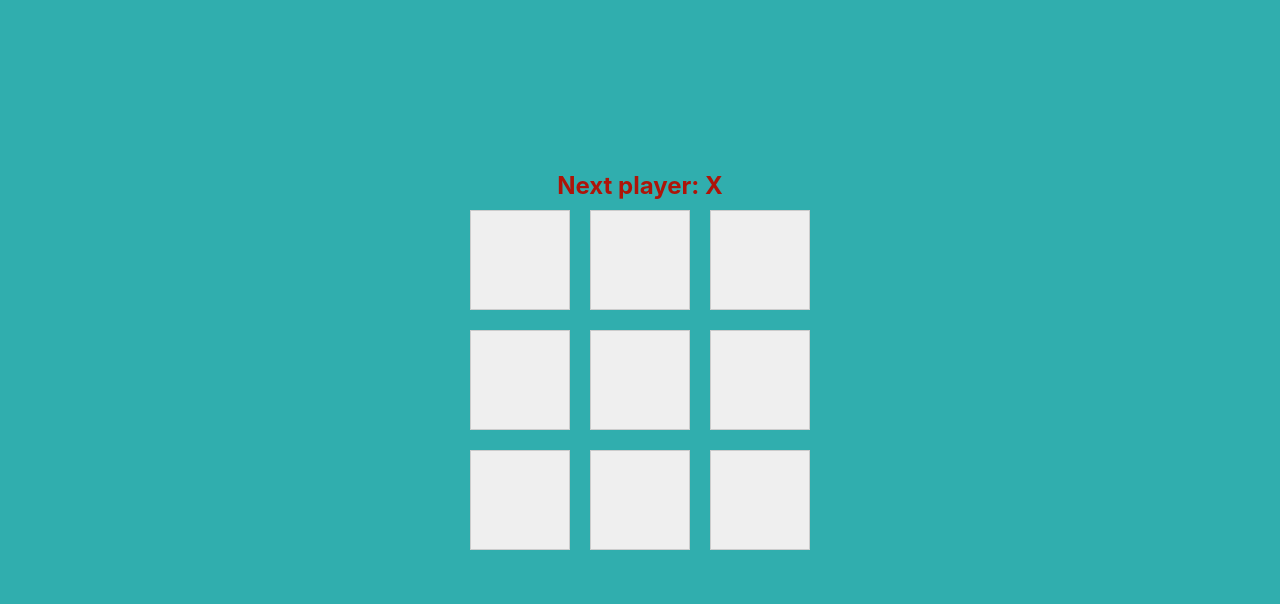
Repository: sedat-akdogan/React_Revision
Page: / (app in tic-tac-toe/)
An editor plug-in stored every save of this project. The page is shown before and after the next save, followed by the edit.
The browser window is 1280 px wide. The pictures show the whole page.
The project was rebuilt for these pictures with package versions that can differ from the ones it lists, and the page was loaded fresh each time.

Above is the page before, as saved 2023-05-13 00:55:07.

### tic-tac-toe/src/index.css
body {
    margin: 0;
    font-family: -apple-system, BlinkMacSystemFont, 'Segoe UI', 'Roboto', 'Oxygen',
        'Ubuntu', 'Cantarell', 'Fira Sans', 'Droid Sans', 'Helvetica Neue',
        sans-serif;
    -webkit-font-smoothing: antialiased;
    -moz-osx-font-smoothing: grayscale;
}

code {
    font-family: source-code-pro, Menlo, Monaco, Consolas, 'Courier New',
        monospace;
}

.main {
    display: flex;
    flex-direction: column;
    align-items: center;
    justify-content: center;
    height: 100vh;
    background-color: rgb(48, 174, 174);
}

.square {
    width: 100px;
    height: 100px;
    font-size: 50px;
    border: 1px solid #ccc;
    display: inline-block;
    justify-content: center;
    align-items: center;
    color: rgb(48, 174, 174);
}

.board-row {
    display: flex;
}

.board-row .square {
    margin: 10px;
}

.board-row:last-child .square {
    margin-bottom: 0;
}

.status {
    color: rgb(174, 20, 9);
    font-size: 24px;
    font-weight: bold;
}

### tic-tac-toe/src/App.js
import { useState } from 'react';


function Square({ value, onSquareClick }) {
    return (
        <button className="square" onClick={onSquareClick}>
            {value}
        </button>
    );
}

export default function Board() {
    const [xIsNext, setXIsNext] = useState(true);
    const [squares, setSquares] = useState(Array(9).fill(null));

    function handleClick(i) {
        if (squares[i] || calculateWinner(squares)) {
            return;
        }
        const nextSquares = squares.slice();
        if (xIsNext) {
            nextSquares[i] = 'X';
        } else {
            nextSquares[i] = 'O';
        }
        setSquares(nextSquares);
        setXIsNext(!xIsNext);
    }

    const winner = calculateWinner(squares);
    let status;
    if (winner) {
        status = "Winner: " + winner;
    } else {
        status = "Next player: " + (xIsNext ? "X" : "O");
    }

    return (
        <div className='main'>
            <div className="status">{status}</div>
            <div className="board-row">
                <Square value={squares[0]} onSquareClick={() => handleClick(0)} />
                <Square value={squares[1]} onSquareClick={() => handleClick(1)} />
                <Square value={squares[2]} onSquareClick={() => handleClick(2)} />
            </div>
            <div className="board-row">
                <Square value={squares[3]} onSquareClick={() => handleClick(3)} />
                <Square value={squares[4]} onSquareClick={() => handleClick(4)} />
                <Square value={squares[5]} onSquareClick={() => handleClick(5)} />
            </div>
            <div className="board-row">
                <Square value={squares[6]} onSquareClick={() => handleClick(6)} />
                <Square value={squares[7]} onSquareClick={() => handleClick(7)} />
                <Square value={squares[8]} onSquareClick={() => handleClick(8)} />
            </div>
        </div>
    );
}

function calculateWinner(squares) {
    const lines = [
        [0, 1, 2],
        [3, 4, 5],
        [6, 7, 8],
        [0, 3, 6],
        [1, 4, 7],
        [2, 5, 8],
        [0, 4, 8],
        [2, 4, 6]
    ];
    for (let i = 0; i < lines.length; i++) {
        const [a, b, c] = lines[i];
        if (squares[a] && squares[a] === squares[b] && squares[a] === squares[c]) {
            return squares[a];
        }
    }
    return null;
}

Loaded but not shown: tic-tac-toe/public/index.html (common file); tic-tac-toe/src/index.js (common file); tic-tac-toe/src/reportWebVitals.js (common file)

After the next save:
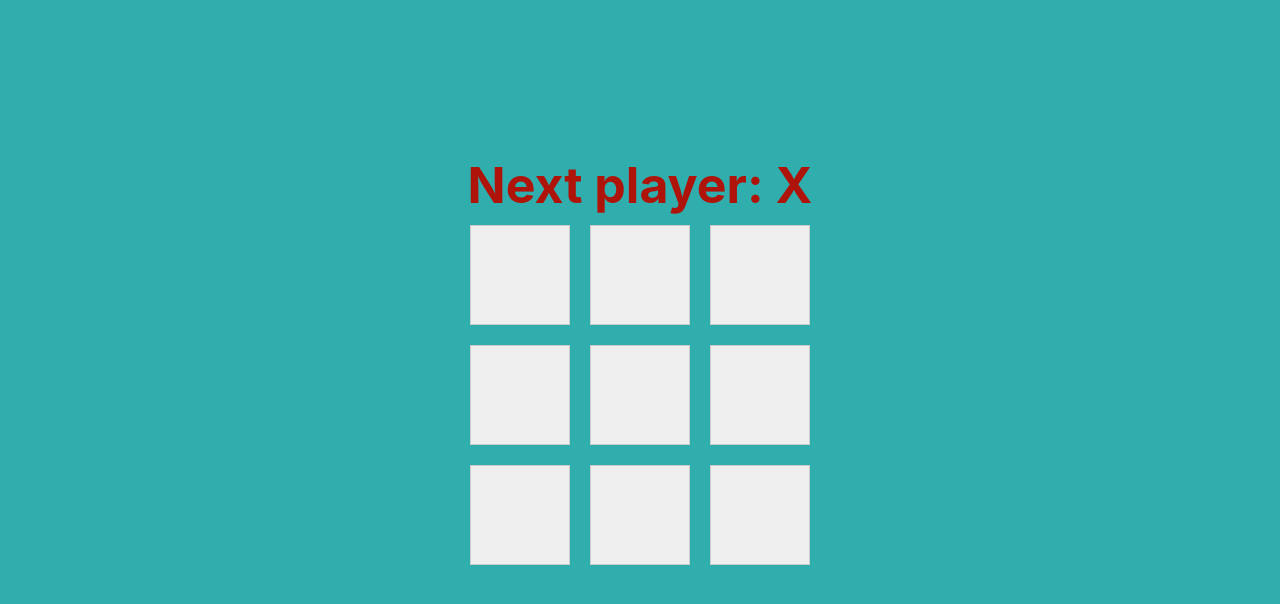
Saved 33 s later.
--- a/tic-tac-toe/src/index.css
+++ b/tic-tac-toe/src/index.css
@@ -46,6 +46,6 @@ code {
 
 .status {
     color: rgb(174, 20, 9);
-    font-size: 24px;
+    font-size: 50px;
     font-weight: bold;
 }
